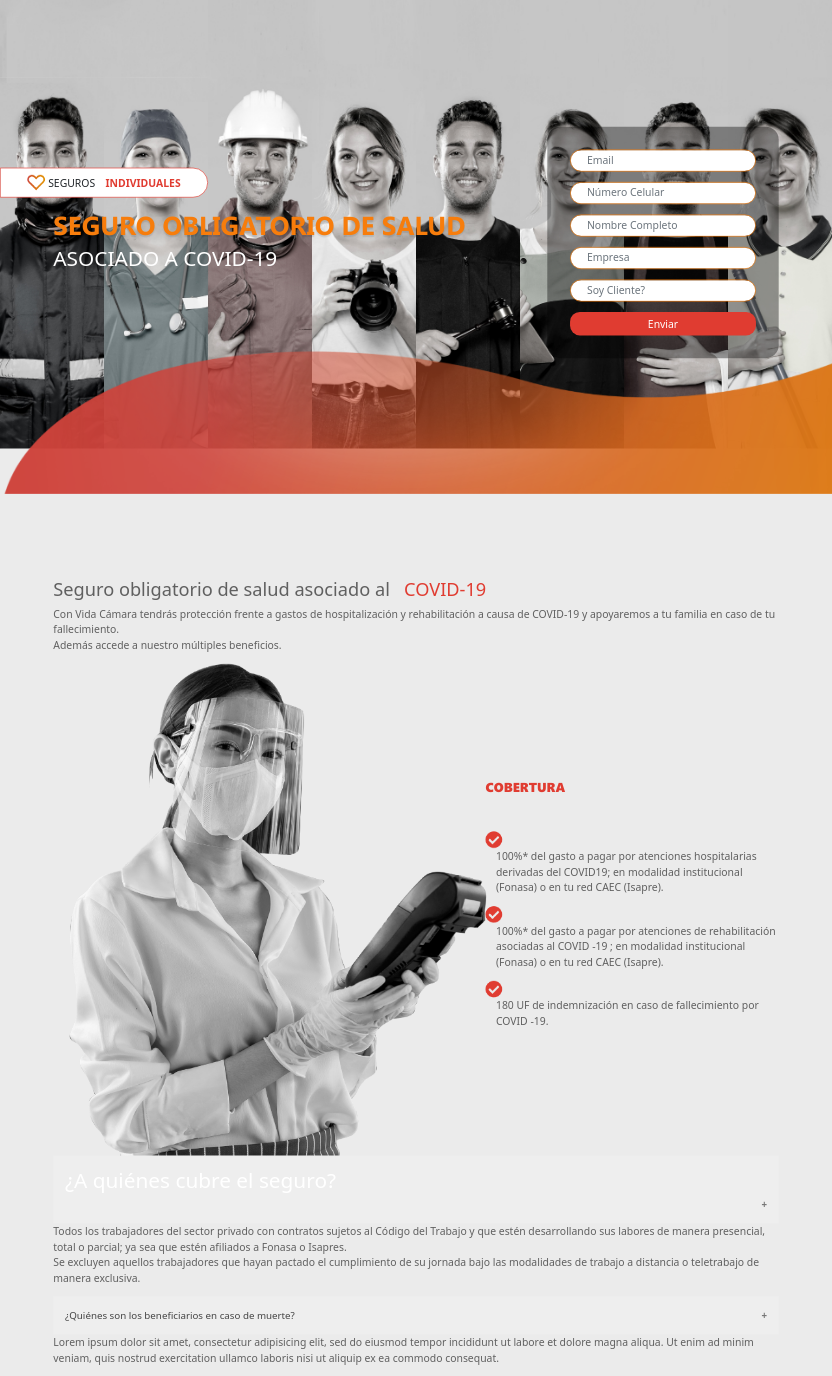
Repository: Darigo30/vidacamara
Page: index.html
An editor plug-in stored every save of this project. The page is shown before and after a run of saves, followed by the edit.
The browser window is 1280 px wide. The pictures show the whole page, at 65% of full size.
Some web fonts or font styles are not loaded; a fallback is used. Some web libraries are served in a nearby version.

Above is the page before, as saved 2021-07-29 21:17:44.

### index.html
<!DOCTYPE html>
<html lang="es">
  <head>
    <meta charset="UTF-8" />
    <link rel="shortcut icon " type="image/png" href="assets/img/favicon.png" />
    <meta name="viewport" content="width=device-width, initial-scale=1.0" />
    <link rel="stylesheet" href="css/style.css" />
    <title>Vida Cámara</title>
  </head>
  <body>
    <main>
      <nav class="navbar navb">
        <div class="container">
          <a class="navbar-brand" href="#">
            <img src="/assets/img/logo.png" alt="Logo Vida Camara" />
          </a>
        </div>
      </nav>
      <section class="bg-header">
        <div class="seg">
          <img src="assets/img/heart.png" />
          <div class="ms-1 text-uppercase">Seguros</div>
          <div class="ms-3 text-uppercase fw-bold">
            <span>Individuales</span>
          </div>
        </div>
        <div class="container">
          <div class="row cont-form-text">
            <div class="col-8 d-flex flex-column justify-content-center">
              <h1>Seguro obligatorio de salud</h1>
              <h2 class="text-uppercase">Asociado a COVID-19</h2>
            </div>
            <div class="col-4">
              <div class="form">
                <div class="mb-3">
                  <input
                    type="email"
                    class="form-control rounded-pill br-f"
                    id="exampleFormControlInput1"
                    placeholder="Email"
                  />
                </div>
                <div class="mb-3">
                  <input
                    type="email"
                    class="form-control rounded-pill br-f"
                    id="exampleFormControlInput1"
                    placeholder="Número Celular"
                  />
                </div>
                <div class="mb-3">
                  <input
                    type="email"
                    class="form-control rounded-pill br-f"
                    id="exampleFormControlInput1"
                    placeholder="Nombre Completo"
                  />
                </div>
                <div class="mb-3">
                  <input
                    type="email"
                    class="form-control rounded-pill br-f"
                    id="exampleFormControlInput1"
                    placeholder="Empresa"
                  />
                </div>
                <div class="mb-3">
                  <input
                    type="email"
                    class="form-control rounded-pill br-f"
                    id="exampleFormControlInput1"
                    placeholder="Soy Cliente?"
                  />
                </div>
                <button class="btn btn-primary btn-grande">Enviar</button>
              </div>
            </div>
          </div>
        </div>
      </section>
      <section>
        <!-- <div class="mascara"></div> -->
        <div class="container">
            <div class="row">
                <div class="col-12">
                    <div class="seguro">
                        <h3 class="seguro__titulo">
                            Seguro obligatorio de salud asociado al &nbsp;
                            <span class="seguro__titulo seguro__titulo--covid">COVID-19</span>
                        </h3>
                        <p class="seguro__texto">
                            Con Vida Cámara tendrás protección frente a gastos de
                            hospitalización y rehabilitación a causa de COVID-19 y
                            apoyaremos a tu familia en caso de tu fallecimiento. <br />
                            Además accede a nuestro múltiples beneficios.
                        </p>
                    </div>
                </div>
            </div>
            <div class="row seguro-seccion">
                <div class="col-7">
                    <img class="seguro-seccion__img-mujer" src="assets/img/mujer.png" />
                </div>
                <div class="col-5 d-flex flex-column justify-content-center">
                    <h5 class="text-uppercase pb-5"><span>Cobertura</span></h5>
                    <div class="seguro-seccion__icon-txt-cober">
                        <img src="assets/img/check.png" />
                        <p class="ps-3">
                            100%* del gasto a pagar por atenciones hospitalarias derivadas
                            del COVID19; en modalidad institucional (Fonasa) o en tu red
                            CAEC (Isapre).
                        </p>
                    </div>
                    <div class="seguro-seccion__icon-txt-cober">
                        <img src="assets/img/check.png" />
                        <p class="ps-3">
                            100%* del gasto a pagar por atenciones de rehabilitación
                            asociadas al COVID -19 ; en modalidad institucional (Fonasa) o
                            en tu red CAEC (Isapre).
                        </p>
                    </div>
                    <div class="seguro-seccion__icon-txt-cober">
                        <img src="assets/img/check.png" />
                        <p class="ps-3">
                            180 UF de indemnización en caso de fallecimiento por COVID
                            -19.
                        </p>
                    </div>
                </div>
            </div>
        </div>
      </section>
      <!--Acordion informativo -->
      <section class="accoo-inf">
        <div class="container">
          <div class="row">
            <div class="col-12">
              <button class="accordion"><h2>¿A quiénes cubre el seguro?</h2></button>
              <div class="accordion__panel">
                <p>
                  Todos los trabajadores del sector privado con contratos
                  sujetos al Código del Trabajo y que estén desarrollando sus
                  labores de manera presencial, total o parcial; ya sea que
                  estén afiliados a Fonasa o Isapres.
                  <br />
                  Se excluyen aquellos trabajadores que hayan pactado el
                  cumplimiento de su jornada bajo las modalidades de trabajo a
                  distancia o teletrabajo de manera exclusiva.
                </p>
              </div>
              <button class="accordion">
                ¿Quiénes son los beneficiarios en caso de muerte?
              </button>
              <div class="accordion__panel">
                <p>
                  Lorem ipsum dolor sit amet, consectetur adipisicing elit, sed
                  do eiusmod tempor incididunt ut labore et dolore magna aliqua.
                  Ut enim ad minim veniam, quis nostrud exercitation ullamco
                  laboris nisi ut aliquip ex ea commodo consequat.
                </p>
              </div>
            </div>
          </div>
        </div>
      </section>
    </main>

    <link
      href="https://cdn.jsdelivr.net/npm/bootstrap@5.0.0-beta2/dist/css/bootstrap.min.css"
      rel="stylesheet"
      integrity="sha384-BmbxuPwQa2lc/FVzBcNJ7UAyJxM6wuqIj61tLrc4wSX0szH/Ev+nYRRuWlolflfl"
      crossorigin="anonymous"
    />
    <script
      src="https://cdn.jsdelivr.net/npm/bootstrap@5.0.0-beta2/dist/js/bootstrap.min.js"
      integrity="sha384-nsg8ua9HAw1y0W1btsyWgBklPnCUAFLuTMS2G72MMONqmOymq585AcH49TLBQObG"
      crossorigin="anonymous"
    ></script>
    <script
      src="https://cdn.jsdelivr.net/npm/@popperjs/core@2.6.0/dist/umd/popper.min.js"
      integrity="sha384-KsvD1yqQ1/1+IA7gi3P0tyJcT3vR+NdBTt13hSJ2lnve8agRGXTTyNaBYmCR/Nwi"
      crossorigin="anonymous"
    ></script>
    <script
      src="https://code.jquery.com/jquery-3.5.1.min.js"
      integrity="sha256-9/aliU8dGd2tb6OSsuzixeV4y/faTqgFtohetphbbj0="
      crossorigin="anonymous"
    ></script>

    <!--Mi script-->
    <script src="js/custom.js"></script>
  </body>
</html>

### css/style.css
:root{
    --body-color: #EBEBEB;
    --color-orange: #F77D0C;
    --color-white: #FFFFFF;
    --color-grey: #606060;
    --color-red: #E03C31;
    --color-par: #606060;
}
@font-face {
    font-family: 'Segoe UI Regular';
    font-style: normal;
    font-weight: normal;
    src: local('Segoe UI Regular'), url('/assets/fonts/UI.woff') format('woff');
}
@font-face {
    font-family: 'Segoe UI Bold';
    font-style: normal;
    font-weight: normal;
    src: local('Segoe UI Bold'), url('/assets/fonts/Segoe UI Bold.woff') format('woff');
}
@font-face {
    font-family: 'Segoe UI Black';
    font-style: normal;
    font-weight: normal;
    src: local('Segoe UI Black'), url('/assets/fonts/seguibl.woff') format('woff');
}

/*Basics*/

body{
    box-sizing: border-box;
    font-family: 'Segoe UI Regular';
    padding: 0;
    margin: 0;
    font-size: 15px;
    color: var(--color-par);
    background: var(--body-color)!important;
}
h1{
    font-size: 56px;
    color: var(--color-orange);
    text-shadow: 0px 2px 2px rgba(0, 0, 0, 0.1);
    font-family: 'Segoe UI Black';
    font-family: 'Segoe UI Bold';
    text-transform: uppercase;
}
h2{
    font-size: 41px;
    color: var(--color-white);
}
h3{
    font-size: 40px;
    color: var(--color-grey);
}
h4{
    font-size: 30px;
}
h5{
    font-size: 26px;
    font-family: 'Segoe UI Black';
}
span{
    color: var(--color-red);
}
p{
    color: var(--color-par);
}
/*Header + Banner*/

.navbar.navb {
    position: absolute;
    width: 100%;
    margin-top: 25px;
}
.bg-header{
    background: url(/assets/img/bg-header.jpg) center no-repeat;
    background-size: cover;
    height: 690px;
    display: flex;
    align-items: center;
    position: relative;
}
.form {
    background: #00000061;
    padding: 35px;
    border-radius: 20px;
}
.form-control.br-f {
   border: 1px solid var(--color-orange);
   padding: 3px 25px 5px;
}
.btn.btn-grande{
    background: var(--color-red);
    border: none;
    width: 100%;
    border-radius: 15px;
}
.row.cont-form-text{
    margin-top: 5%;
}
.seg {
    background: white;
    width: 25%;
    position: absolute;
    top: 30%;
    display: flex;
    justify-content: center;
    padding: 10px 10px;
    border-top-right-radius: 25px;
    border-bottom-right-radius: 25px;
    border: 1px solid var(--color-red);
    margin-top: 4%;
}
.bg-header::before{
    content: '';
    background: url(/assets/img/onda.png) bottom no-repeat;
    background-size: auto;
    background-size: auto;
    background-size: 100%;
    position: absolute;
    width: 100%;
    height: 35%;
    z-index: 0;
    bottom: -70px;
}
/*Seccion seguro obligatorio*/

.seguro{
    margin-top: 200px;
}
.icon-txt-cober {
    display: flex;
    align-items: start;
}
.mascara{
    position: absolute;
    bottom: -30px;
    background: url(/assets/img/mascara2.png);
    background-size: auto;
    background-size: 100% 110px;
    width: 100%;
    height: 110px;
    z-index: 9;
}
.convi{
    padding: 0 300px;
}
.img-mujer{
    width: 80%;
}
.accordion {
    background-color: #eee;
    color: #444;
    cursor: pointer;
    padding: 18px;
    width: 100%;
    border: none;
    text-align: left;
    outline: none;
    font-size: 15px;
    transition: 0.4s;
  }

  .active, .accordion:hover {
    background-color: #ccc;
  }

  .accordion:after {
    content: '\002B';
    color: #777;
    font-weight: bold;
    float: right;
    margin-left: 5px;
  }

  .active:after {
    content: "\2212";
  }

  .panel {
    padding: 0 18px;
    background-color: white;
    max-height: 0;
    overflow: hidden;
    transition: max-height 0.2s ease-out;
  }

### js/custom.js
var accordion = document.getElementsByClassName("accordion");
var i;

for (i = 0; i < accordion.length; i++) {
  accordion[i].addEventListener("click", function() {
    this.classList.toggle("active");
    var panel = this.nextElementSibling;
    if (panel.style.maxHeight) {
      panel.style.maxHeight = null;
    } else {
      panel.style.maxHeight = panel.scrollHeight + "px";
    }
  });
}

After the next 2 saves:
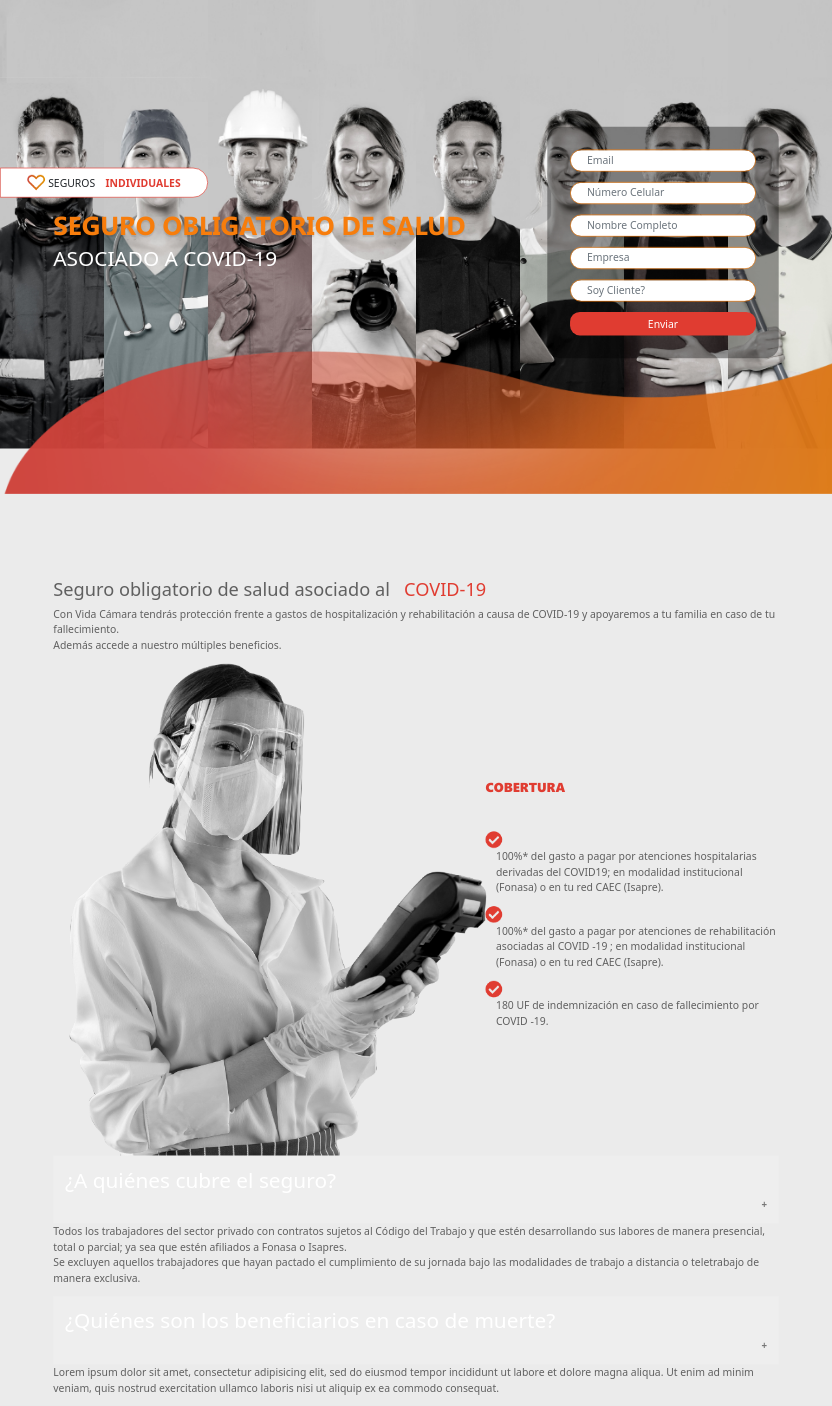
The 2 saves are shown as one change because they came seconds apart.
The last was saved 36 s later.
--- a/index.html
+++ b/index.html
@@ -148,9 +148,7 @@
                   distancia o teletrabajo de manera exclusiva.
                 </p>
               </div>
-              <button class="accordion">
-                ¿Quiénes son los beneficiarios en caso de muerte?
-              </button>
+              <button class="accordion"><h2>¿Quiénes son los beneficiarios en caso de muerte?</h2></button>
               <div class="accordion__panel">
                 <p>
                   Lorem ipsum dolor sit amet, consectetur adipisicing elit, sed
